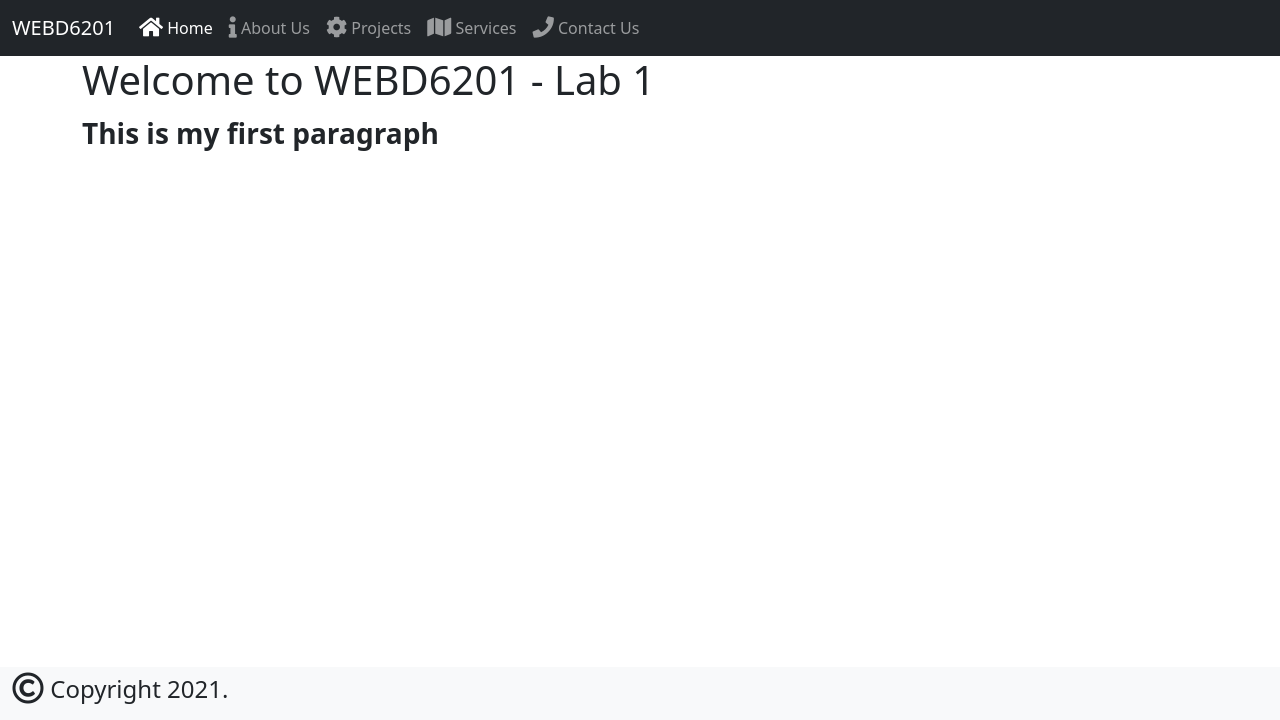
Repository: aphim/Webd6201-wk3
Page: projects.html
The author's editor kept a copy of each file at every save. The page is drawn from the files as they stood at one save, then again after the next save.
The browser window is 1280 px wide. The pictures show the whole page.

Above is the page before, as saved 2021-01-21 08:50:02.

### projects.html
<!DOCTYPE html>
<html lang="en">
<head>
    <meta charset="UTF-8">
    <meta name="viewport" content="width=device-width, initial-scale=1.0">
    <title>Home</title>
    <!-- CSS Section -->
    <link rel="stylesheet" href="./node_modules/bootstrap/dist/css/bootstrap.min.css">
    <link rel="stylesheet" href="./node_modules/@fortawesome/fontawesome-free/css/all.min.css">
    <link rel="stylesheet" href="./Content/app.css">
</head>
<body>
  <!-- Main Header-->
    <header>
      <!-- Main navigation-->
        <nav class="navbar navbar-expand-lg navbar-dark bg-dark">
            <div class="container-fluid">
              <a class="navbar-brand" href="index.html">WEBD6201</a>
              <button class="navbar-toggler" type="button" data-bs-toggle="collapse" data-bs-target="#navbarSupportedContent" aria-controls="navbarSupportedContent" aria-expanded="false" aria-label="Toggle navigation">
                <span class="navbar-toggler-icon"></span>
              </button>
              <div class="collapse navbar-collapse" id="navbarSupportedContent">
                <ul class="navbar-nav me-auto mb-2 mb-lg-0">
                  <li class="nav-item">
                    <a class="nav-link active" aria-current="page" href="index.html"><i class="fas fa-home fa-lg"></i> Home</a>
                  </li>

                  <li class="nav-item">
                    <a class="nav-link" aria-current="page" href="about.html"><i class="fas fa-info fa-lg"></i> About Us</a>
                  </li>

                  <li class="nav-item">
                    <a class="nav-link" aria-current="page" href="projects.html"><i class="fas fa-cog fa-lg"></i> Projects</a>
                  </li>

                  <li class="nav-item">
                    <a class="nav-link" aria-current="page" href="services.html"><i class="fas fa-map fa-lg"></i> Services</a>
                  </li>

                  <li class="nav-item">
                    <a class="nav-link" aria-current="page" href="contact.html"><i class="fas fa-phone fa-lg"></i> Contact Us</a>
                  </li>
                </ul>
              </div>
            </div>
          </nav>
    </header>

<!--Main Content-->
    <main class="container">
        <h1>Welcome to WEBD 6201</h1>
        <p id="paragraphOne"></p>
    </main>

    <!-- Main footer-->
    <footer>
        <nav class="navbar fixed-bottom navbar-light bg-light">
            <div class="container-fluid">
              <h4><i class="far fa-copyright fa-lg"></i> Copyright 2021.</h4>
            </div>
          </nav>
    </footer>

    <!-- Script Section-->
    <script src="./node_modules/jquery/dist/jquery.min.js"></script>
    <script src="./node_modules/bootstrap/dist/js/bootstrap.bundle.min.js"></script>
    <script src="./Scripts/app.js"></script>
</body>
</html>

### Scripts/app.js
/* custom JavaScript goes here */

//IIFE - Immediately Invoked Function Expression
//AKA - Anonymous Self-Executing Function
//Closure - limits scope leak

"use strict";

(function()
{

    function Start()
    {
        console.log("App Started...");

        let paragraphOneText = "This is a simple site to demonstrate DOM Manipulation for ICE 1";

        //Different ways to select a paragraph element "paragraph one"
        let paragraphOneElement = document.getElementById("paragraphOne");

        //let paragraphOneParagraph = document.getElementsByTagName("p")[0];
        //let paragraphOneQuery = document.querySelector("p");
        //console.log(paragraphOneElement);
        //console.log(paragraphOneParagraph);
        //console.log(paragraphOneQuery);

        paragraphOneElement.textContent = paragraphOneText;
        paragraphOneElement.className = "fs-5";

        // step 1. Create an element
        let newParagraph = document.createElement("p");
        //step 2. configure element
        newParagraph.setAttribute("id", "paragraphTwo");
        newParagraph.textContent = "...And this is paragraph two";
        //Step 3. select the parent element
        let mainContent = document.getElementsByTagName("main")[0];
        //step 4. Add/insert the element
        mainContent.appendChild(newParagraph);

        newParagraph.className = "fs-6";

        //////another way to add an element ///////
        //let paragraphThree =`<p class="fs-7 fw-bold">And this is the Third Paragraph</p>`;
        //mainContent.innerHTML = paragraphThree;

        let paragraphDiv = document.createElement("div");
        let paragraphThree = `<p id="paragraphThree" class="fs-7 fw-bold">And this is the third paragraph</p>`
        paragraphDiv.innerHTML = paragraphThree;

        //insertion before a node
        //newParagraph.before(paragraphDiv);
        newParagraph.after(paragraphDiv);

        //deletions
        //paragraphOneElement.remove();
        mainContent.removeChild(paragraphOneElement);

        //Update / modification of an element
        //mainContent.firstElementChild.textContent = "Welcome Home!";

        mainContent.innerHTML =
        `<h1 id="firstHeading">Welcome to WEBD6201 - Lab 1</h1>
        <p id="paragraphOne" class="fs-3 fw-bold">This is my first paragraph</p>`

    }



    window.addEventListener("load", Start);

})();

Loaded but not shown: node_modules/bootstrap/dist/css/bootstrap.min.css (library); node_modules/@fortawesome/fontawesome-free/css/all.min.css (library); Content/app.css (common file); node_modules/jquery/dist/jquery.min.js (library); node_modules/bootstrap/dist/js/bootstrap.bundle.min.js (library)

After the next save:
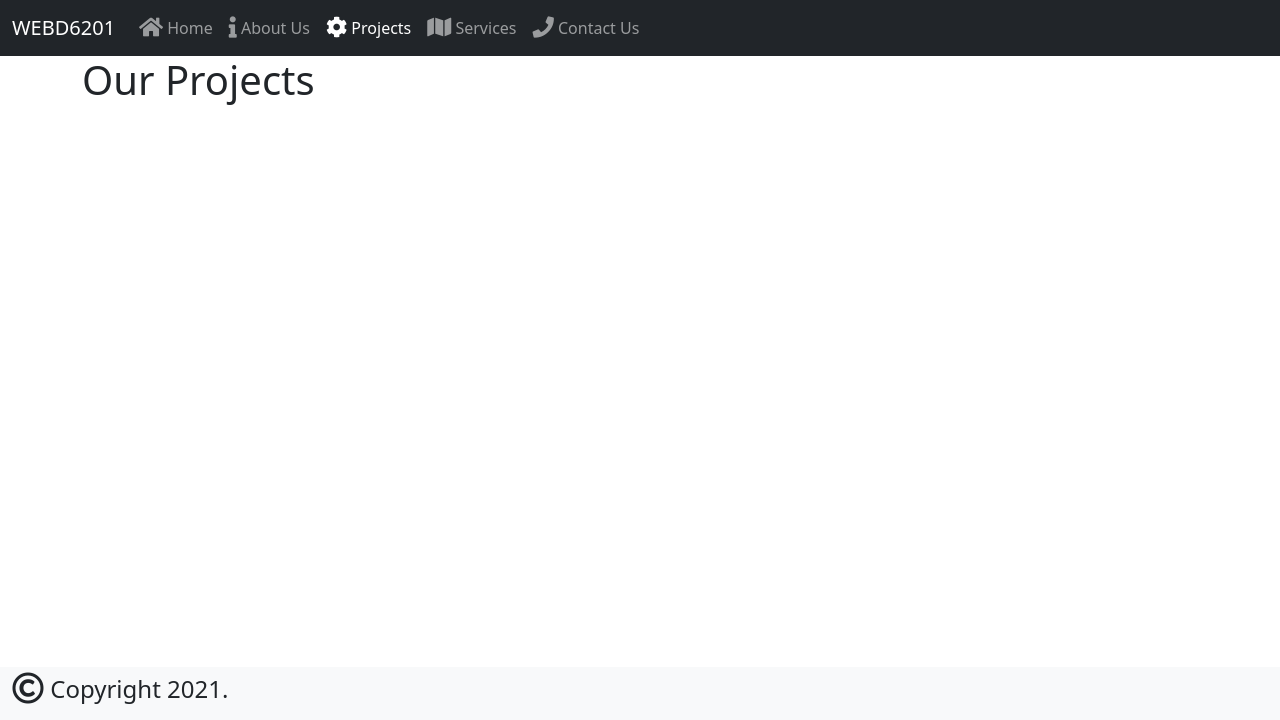
Console error: TypeError: Cannot set properties of null (setting 'textContent')
Saved 33 s later.
--- a/projects.html
+++ b/projects.html
@@ -3,7 +3,7 @@
 <head>
     <meta charset="UTF-8">
     <meta name="viewport" content="width=device-width, initial-scale=1.0">
-    <title>Home</title>
+    <title>Projects</title>
     <!-- CSS Section -->
     <link rel="stylesheet" href="./node_modules/bootstrap/dist/css/bootstrap.min.css">
     <link rel="stylesheet" href="./node_modules/@fortawesome/fontawesome-free/css/all.min.css">
@@ -22,7 +22,7 @@
               <div class="collapse navbar-collapse" id="navbarSupportedContent">
                 <ul class="navbar-nav me-auto mb-2 mb-lg-0">
                   <li class="nav-item">
-                    <a class="nav-link active" aria-current="page" href="index.html"><i class="fas fa-home fa-lg"></i> Home</a>
+                    <a class="nav-link" aria-current="page" href="index.html"><i class="fas fa-home fa-lg"></i> Home</a>
                   </li>
 
                   <li class="nav-item">
@@ -30,7 +30,7 @@
                   </li>
 
                   <li class="nav-item">
-                    <a class="nav-link" aria-current="page" href="projects.html"><i class="fas fa-cog fa-lg"></i> Projects</a>
+                    <a class="nav-link active" aria-current="page" href="projects.html"><i class="fas fa-cog fa-lg"></i> Projects</a>
                   </li>
 
                   <li class="nav-item">
@@ -48,8 +48,7 @@
 
 <!--Main Content-->
     <main class="container">
-        <h1>Welcome to WEBD 6201</h1>
-        <p id="paragraphOne"></p>
+        <h1>Our Projects</h1>
     </main>
 
     <!-- Main footer-->
